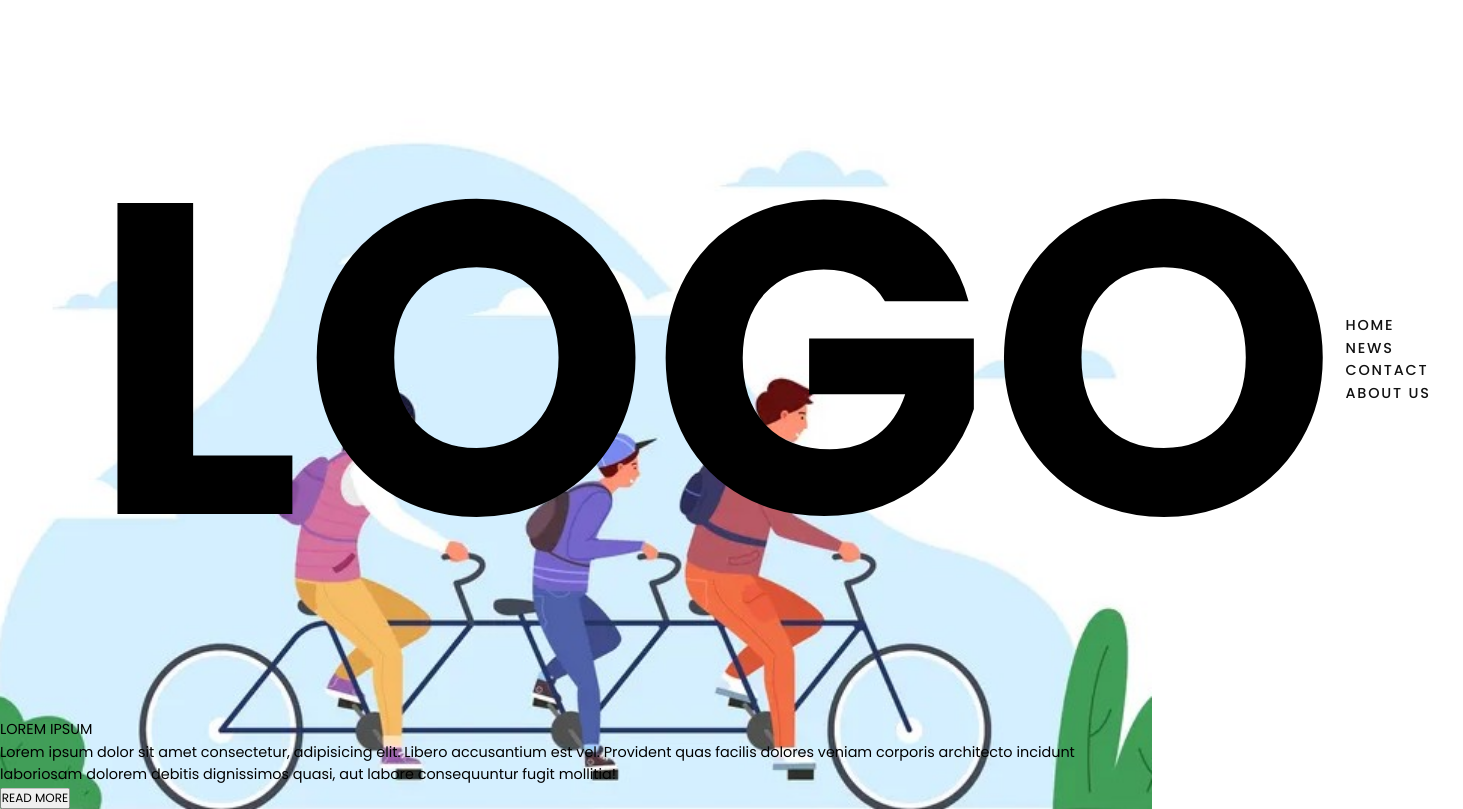
Repository: nganha241/1806
Page: index.html
These files come from the project's save history. The page is drawn as it stood at one moment and after the next save; the edit follows.
The browser window is 1280 px wide. The page is 1625 px wide, then 1280 px, so the pictures cover 1625 px, including what lies to the right of the window. The pictures show the whole page, at 90% of full size.

Above is the page before, as saved 2022-06-18 15:46:12.

### index.html
<!DOCTYPE html>
<html lang="en">
  <head>
    <meta charset="UTF-8" />
    <meta http-equiv="X-UA-Compatible" content="IE=edge" />
    <meta name="viewport" content="width=device-width, initial-scale=1.0" />
    <title>Document</title>
    <link rel="stylesheet" href="style.css" />
  </head>
  <body>
    <section>
      <header>
        <div class="logo">
          <h2>Logo</h2>
        </div>
        <div class="navigation">
          <a href="#">Home</a>
          <a href="#">News</a>
          <a href="#">Contact</a>
          <a href="#">About us</a>
        </div>
      </header>
      <div class="content">
        <div class="title">LOREM IPSUM</div>
        <p>
          Lorem ipsum dolor sit amet consectetur, adipisicing elit. Libero
          accusantium est vel. Provident quas facilis dolores veniam corporis
          architecto incidunt laboriosam dolorem debitis dignissimos quasi, aut
          labore consequuntur fugit mollitia!
        </p>
        <button class="btn-more">READ MORE</button>
      </div>
    </section>
  </body>
</html>

### style.css
@import url('https://fonts.googleapis.com/css2?family=Poppins:wght@300;400;500;600;700;800;900&display=swap');

* {
    box-sizing: border-box;
    padding: 0;
    margin: 0;
    font-family: 'Poppins', sans-serif;
}

a {
    text-decoration: none;
}

section {
    width: 100%;
    min-height: 100vh;
    display: flex;
    flex-direction: column;
    justify-content: flex-start;
    background: url('./bg.jpg');
    background-size: cover;
    background-position: center;
}

section header {
    position: relative;
    top: 0;
    width: 100%;
    padding: 30px 100px;
    display: flex;
    justify-content: space-between;
    align-items: center;
}

.logo {
    position: relative;
    font-size: 328px;
    letter-spacing: 1px;
    cursor: pointer;
    text-transform: uppercase;
}

.navigation a{
   letter-spacing: 2px;
   background: none;
   padding: 5px 8px;
   text-transform: uppercase;
   font-weight: 500;
   border-radius: 20px;
   color: #111;
   transition: 0.4s;
    transition-property: background;
}

.navigation a:not(:last-child) {
    margin-right: 30px;
}

.navigation a:hover {
    color: #fff;
    background: rgb(102, 167, 252);
    transition: 0.4s;
}

After the next save:
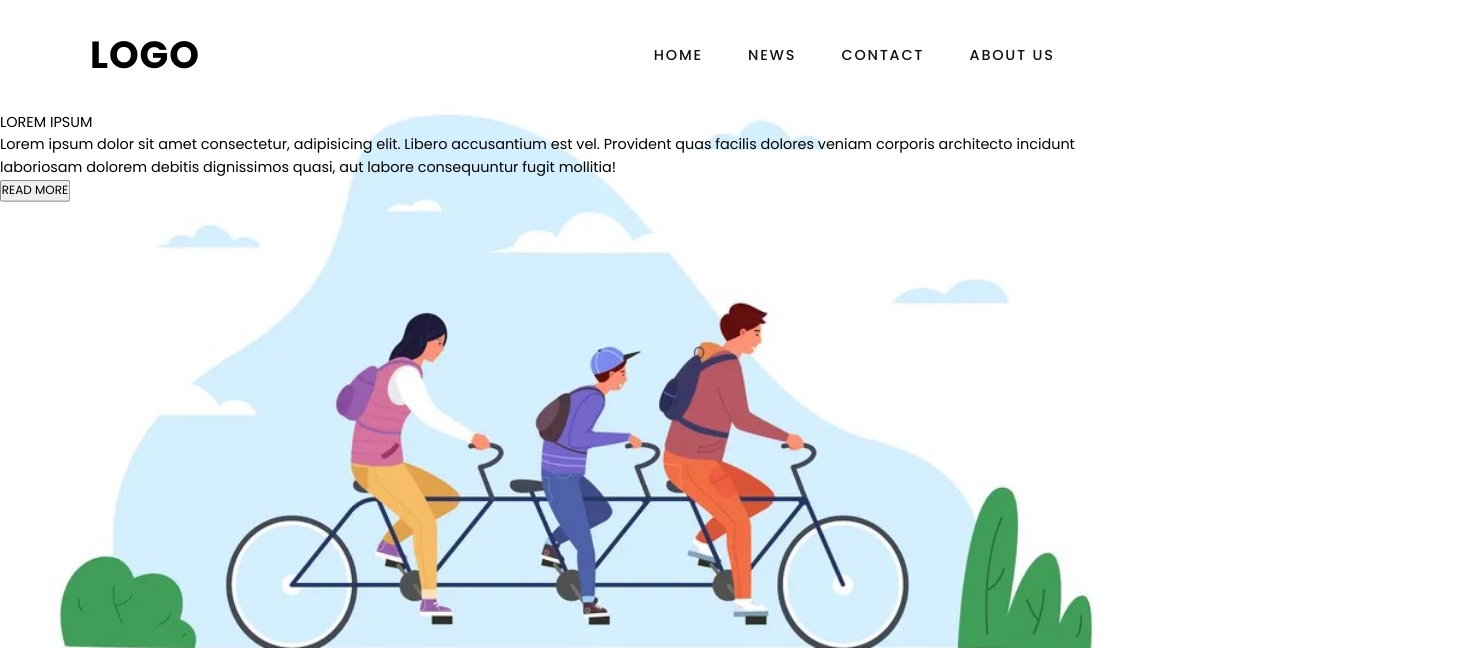
Saved 4 s later.
--- a/style.css
+++ b/style.css
@@ -34,7 +34,7 @@ section header {
 
 .logo {
     position: relative;
-    font-size: 328px;
+    font-size: 28px;
     letter-spacing: 1px;
     cursor: pointer;
     text-transform: uppercase;
